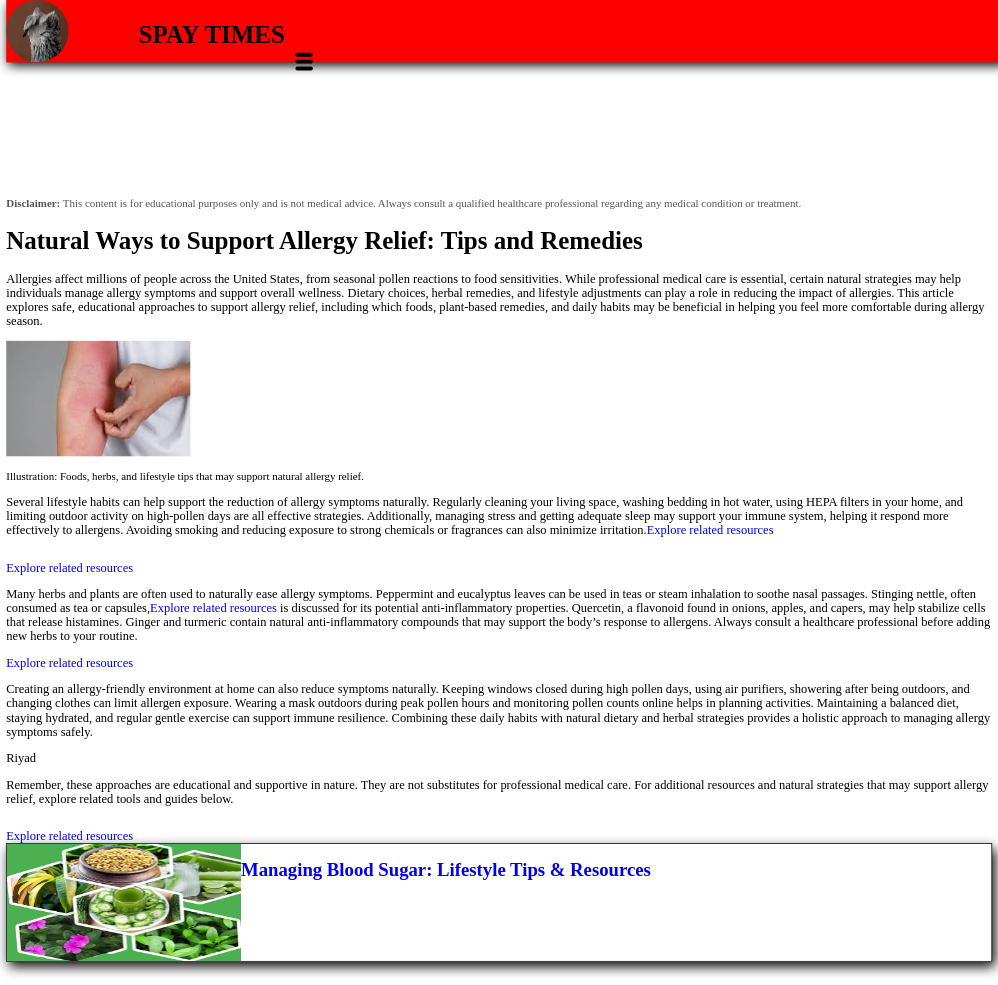
Repository: ridhukhan/spytimes
Page: /allergy
An editor plug-in stored every save of this project. The page is shown before and after the next save, followed by the edit.
The browser window is 1280 px wide. The pictures show the whole page, at 78% of full size.
The project was rebuilt for these pictures with package versions that can differ from the ones it lists, and the page was loaded fresh each time. Also part of the build but not shown: vite.config.js, src/components/trending/Trending.jsx, src/pages/home/Home.jsx, src/components/policy/PrivecyPolicy.jsx, src/components/policy/Terms.jsx, src/components/trending/TrendingDetails.jsx, src/pages/heath/Dieabeties.jsx, src/pages/heath/Health.jsx and 1 more.

Above is the page before, as saved 2026-01-12 16:24:51.

After the next save:
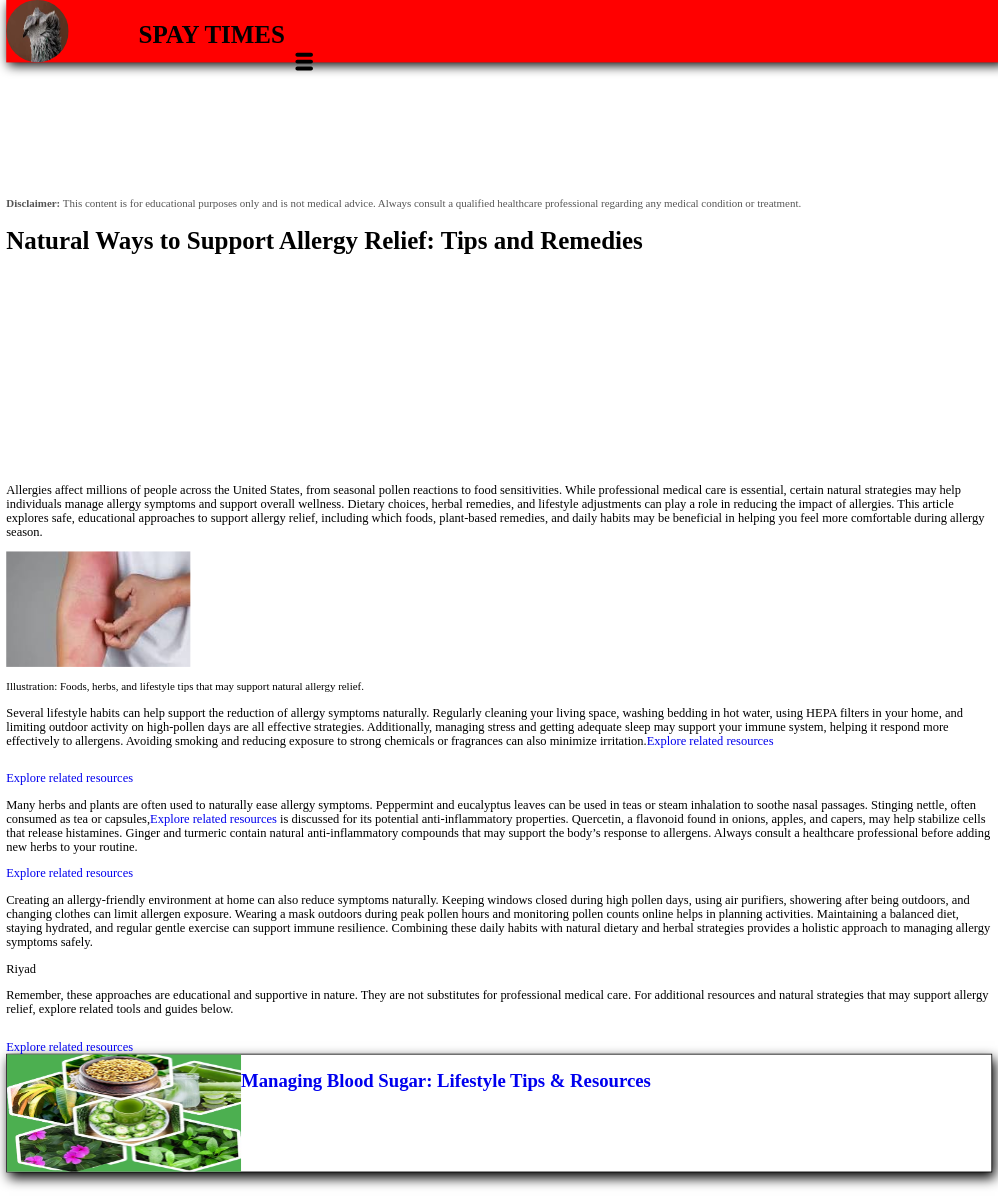
Saved 9 min 40 s later.
--- a/src/ads/TopAd.jsx
+++ b/src/ads/TopAd.jsx
@@ -2,13 +2,17 @@ import { useEffect } from "react";
 
 const TopAd = () => {
   useEffect(() => {
-    const s = document.createElement("script");
-    s.src = "https://pl28443803.effectivegatecpm.com/1b/d9/87/1bd987ff830d9e3e8ebb0abed211b9af.js";
-    s.async = true;
-    document.body.appendChild(s);
+    const script = document.createElement("script");
+    script.src = "https://pl2844xxxx.js"; // ad network script
+    script.async = true;
+
+    const container = document.getElementById("top-ad");
+    if (container && container.children.length === 0) {
+      container.appendChild(script);
+    }
   }, []);
 
-  return <div style={{ margin: "20px 0", textAlign: "center" }} />;
+  return <div id="top-ad" style={{ minHeight: "250px", margin: "20px 0" }} />;
 };
 
 export default TopAd;
